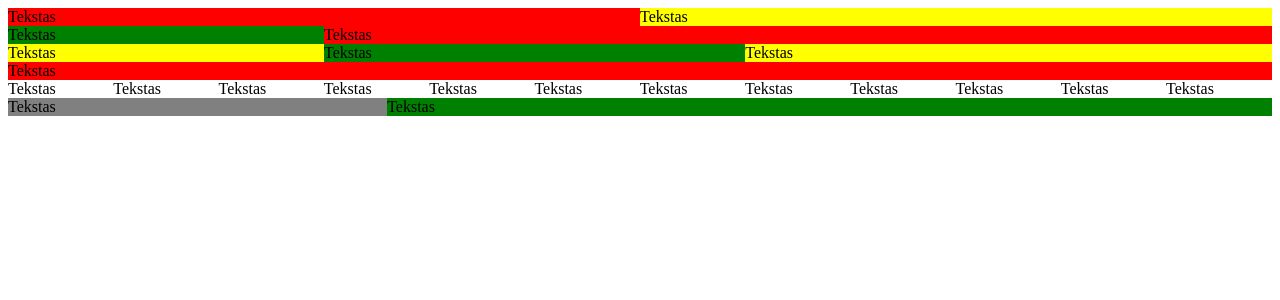
Repository: motiejus1/05-paskaita
Page: index.html
An editor plug-in stored every save of this project. The page is shown before and after the next save, followed by the edit.
The browser window is 1280 px wide. The pictures show the whole page.

Above is the page before, as saved 2021-06-07 19:06:16.

After the next save:
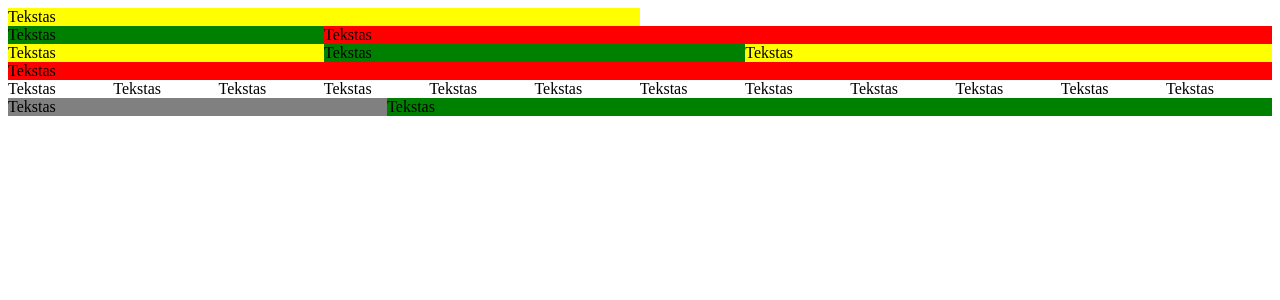
Saved 78 s later.
--- a/index.html
+++ b/index.html
@@ -96,7 +96,9 @@
 </head>
 <body>
     <div class="row">
-        <div class="col-6 raudona">Tekstas</div>
+        <div class="col-6 raudona">
+
+        </div>
         <div class="col-6 geltona">Tekstas</div>
     </div>
 
